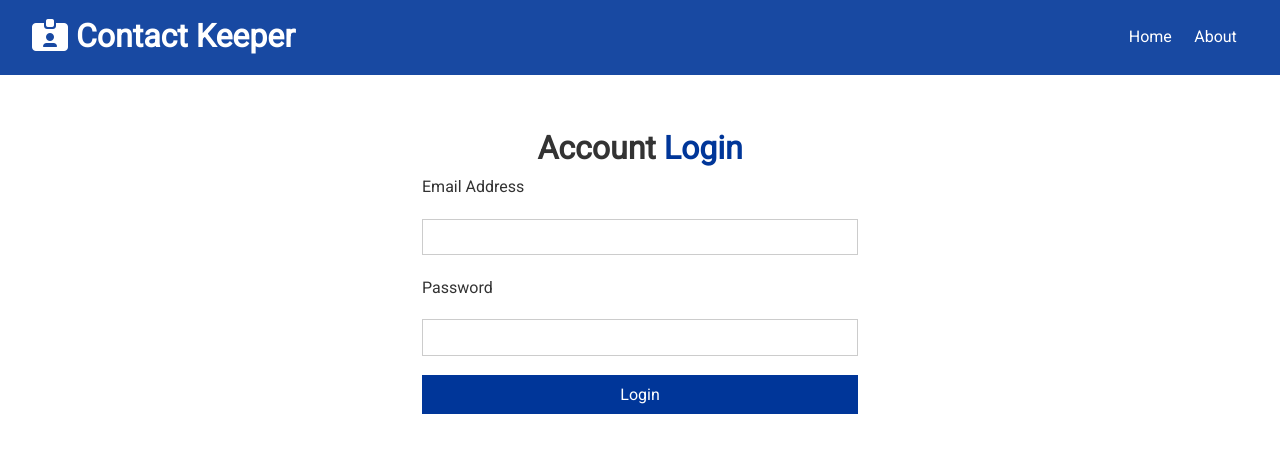
Repository: ntsangani/contact-keeper
Page: /login (app in client/)
These files come from the project's save history. The page is drawn as it stood at one moment and after the next save; the edit follows.
The browser window is 1280 px wide. The pictures show the whole page.
Some web libraries are served in a nearby version. The project was rebuilt for these pictures with package versions that can differ from the ones it lists, and the page was loaded fresh each time. A package was used in the major version that the imports need, not the one package.json lists. Also part of the build but not shown: client/src/components/contacts/ContactItem.js, client/src/components/contacts/Contacts.js, client/src/components/contacts/ContactForm.js, client/src/components/contacts/ContactFilter.js, client/src/components/layout/pages/Home.js, client/src/components/layout/pages/About.js, client/src/components/auth/Register.js.

Above is the page before, as saved 2020-06-17 17:16:55.

### client/public/index.html
<!DOCTYPE html>
<html lang="en">
  <head>
    <meta charset="utf-8" />
    <link rel="icon" href="%PUBLIC_URL%/favicon.ico" />
    <meta name="viewport" content="width=device-width, initial-scale=1" />
    <meta name="theme-color" content="#000000" />
    <meta
      name="description"
      content="Web site created using create-react-app"
    />
    <link rel="apple-touch-icon" href="%PUBLIC_URL%/logo192.png" />

    <link rel="manifest" href="%PUBLIC_URL%/manifest.json" />
    <script
      src="https://kit.fontawesome.com/2474695be0.js"
      crossorigin="anonymous"
    ></script>
    <title>ContactKeeper | Keep track of your contacts</title>
  </head>
  <body>
    <noscript>You need to enable JavaScript to run this app.</noscript>
    <div id="root"></div>
  </body>
</html>

### client/src/App.js
import React, { Fragment } from "react";
import { BrowserRouter as Router, Route, Switch } from "react-router-dom";
import Navbar from "./components/layout/Navbar";
import Home from "./components/layout/pages/Home";
import About from "./components/layout/pages/About";
import Register from "./components/auth/Register";
import Login from "./components/auth/Login";

import ContactState from "./context/contact/ContactState";
import AuthState from "./context/auth/AuthState";

import "./App.css";

const App = () => {
  return (
    <AuthState>
      <ContactState>
        <Router>
          <Fragment>
            <Navbar />
            <div className="container">
              <Switch>
                <Route exact path="/" component={Home} />
                <Route exact path="/about" component={About} />
                <Route exact path="/register" component={Register} />
                <Route exact path="/login" component={Login} />
              </Switch>
            </div>
          </Fragment>
        </Router>
      </ContactState>
    </AuthState>
  );
};

export default App;

### client/src/components/layout/Navbar.js
import React from "react";
import PropTypes from "prop-types";
import { Link } from "react-router-dom";

const Navbar = ({ title, icon }) => {
  return (
    <div className="navbar bg-primary">
      <h1>
        <i className={icon} /> {title}
      </h1>
      <ul>
        <li>
          <Link to="/">Home</Link>
        </li>
        <li>
          <Link to="/about">About</Link>
        </li>
      </ul>
    </div>
  );
};

Navbar.propTypes = {
  title: PropTypes.string.isRequired,
  icon: PropTypes.string,
};

Navbar.defaultProps = {
  title: "Contact Keeper",
  icon: "fas fa-id-card-alt",
};
export default Navbar;

### client/src/components/auth/Login.js
import React, { useState } from "react";

const Login = () => {
  const [user, setUser] = useState({
    email: "",
    password: "",
  });

  const { email, password } = user;

  const onChange = (e) => setUser({ ...user, [e.target.name]: e.target.value });

  const onSubmit = (e) => {
    e.preventDefault();
    console.log("Login submit");
  };

  return (
    <div className="form-container">
      <h1>
        Account <span className="text-primary">Login</span>
      </h1>
      <form onSubmit={onSubmit}>
        <div action="form-group">
          <label htmlFor="email">Email Address</label>
          <input type="email" name="email" value={email} onChange={onChange} />
        </div>
        <div action="form-group">
          <label htmlFor="password">Password</label>
          <input
            type="password"
            name="password"
            value={password}
            onChange={onChange}
          />
        </div>
        <input
          type="submit"
          value="Login"
          className="btn btn-primary btn-block"
        />
      </form>
    </div>
  );
};

export default Login;

### client/src/context/contact/ContactState.js
import React, { useReducer } from "react";
import { v4 as uuidv4 } from "uuid";
import ContactContext from "./contactContext";
import contactReducer from "./contactReducer";
import {
  ADD_CONTACT,
  DELETE_CONTACT,
  SET_CURRENT,
  CLEAR_CURRENT,
  UPDATE_CONTACT,
  FILTER_CONTACT,
  CLEAR_FILTER,
} from "../types";

const ContactState = (props) => {
  const initialState = {
    contacts: [
      {
        id: 1,
        name: "Jill Johnson",
        email: "jill@gmail.com",
        phone: "111-111-1111",
        type: "personal",
      },
      {
        id: 2,
        name: "Sara Watson",
        email: "sara@gmail.com",
        phone: "222-222-2222",
        type: "personal",
      },
      {
        id: 3,
        name: "Harry White",
        email: "harry@gmail.com",
        phone: "333-333-3333",
        type: "professional",
      },
    ],
    current: null,
    filtered: null,
  };

  const [state, dispatch] = useReducer(contactReducer, initialState);

  //Add Contact
  const addContact = (contact) => {
    contact.id = uuidv4();
    dispatch({ type: ADD_CONTACT, payload: contact });
  };

  //Delete Contact
  const deleteContact = (id) => {
    dispatch({ type: DELETE_CONTACT, payload: id });
  };

  //Set Current Contact
  const setCurrent = (contact) => {
    dispatch({ type: SET_CURRENT, payload: contact });
  };
  //Clear Current Contact
  const clearCurrent = () => {
    dispatch({ type: CLEAR_CURRENT });
  };
  //Update Contact
  const updateContact = (contact) => {
    dispatch({ type: UPDATE_CONTACT, payload: contact });
  };
  //Filter Contacts
  const filterContact = (text) => {
    dispatch({ type: FILTER_CONTACT, payload: text });
  };
  //Clear Filter
  const clearFilter = () => {
    dispatch({ type: CLEAR_FILTER });
  };
  return (
    <ContactContext.Provider
      value={{
        contacts: state.contacts,
        current: state.current,
        filtered: state.filtered,
        addContact,
        deleteContact,
        setCurrent,
        clearCurrent,
        updateContact,
        filterContact,
        clearFilter,
      }}
    >
      {props.children}
    </ContactContext.Provider>
  );
};

export default ContactState;

### client/src/context/auth/AuthState.js
import React, { useReducer } from "react";
import AuthContext from "./authContext";
import authReducer from "./authReducer";
import {
  REGISTER_SUCCESS,
  REGISTER_FAIL,
  USER_LOADED,
  AUTH_ERROR,
  LOGIN_SUCCESS,
  LOGIN_FAIL,
  LOGOUT,
  CLEAR_ERRORS,
} from "../types";

const AuthState = (props) => {
  const initialState = {
    token: localStorage.getItem("token"),
    isAuthenticated: null,
    loading: true,
    user: null,
    error: null,
  };

  const [state, dispatch] = useReducer(authReducer, initialState);

  //Load User

  //Redister User

  //Login User

  //Logout

  //Clear Errors

  return (
    <AuthContext.Provider
      value={{
        token: state.token,
        isAuthenticated: state.isAuthenticated,
        loading: state.loading,
        user: state.user,
        error: state.error,
      }}
    >
      {props.children}
    </AuthContext.Provider>
  );
};

export default AuthState;

### client/src/App.css
@import url("https://fonts.googleapis.com/css?family=Roboto");

/* Global Styles */
:root {
  --primary-color: #003699;
  --dark-color: #333333;
  --light-color: #f4f4f4;
  --danger-color: #dc3545;
  --success-color: #28a745;
}

* {
  box-sizing: border-box;
  margin: 0;
  padding: 0;
}

body {
  font-family: "Roboto", sans-serif;
  font-size: 1rem;
  line-height: 1.6;
  background-color: #fff;
  color: #333;
}

a {
  color: var(--primary-color);
  text-decoration: none;
}

a:hover {
  color: #666;
}

ul {
  list-style: none;
}

img {
  width: 100%;
}

/* Utilities */
.container {
  max-width: 1100px;
  margin: auto;
  overflow: hidden;
  padding: 0 2rem;
}

/* Text Styles*/
.x-large {
  font-size: 4rem;
  line-height: 1.2;
  margin-bottom: 1rem;
}

.large {
  font-size: 3rem;
  line-height: 1.2;
  margin-bottom: 1rem;
}

.lead {
  font-size: 1.5rem;
  margin-bottom: 1rem;
}

.text-center {
  text-align: center;
}

.text-primary {
  color: var(--primary-color);
}

.text-dark {
  color: var(--dark-color);
}

.text-center {
  text-align: center;
}

.text-right {
  text-align: right;
}

.text-left {
  text-align: left;
}

/* Cards */
.card {
  padding: 1rem;
  border: #ccc 1px dotted;
  margin: 0.7rem 0;
}

/* List */
.list {
  margin: 0.5rem 0;
}

.list li {
  padding-bottom: 0.3rem;
}

/* Padding */
.p {
  padding: 0.5rem;
}
.p-1 {
  padding: 1rem;
}
.p-2 {
  padding: 2rem;
}
.p-3 {
  padding: 3rem;
}
.py {
  padding: 0.5rem 0;
}
.py-1 {
  padding: 1rem 0;
}
.py-2 {
  padding: 2rem 0;
}
.py-3 {
  padding: 3rem 0;
}

/* Margin */
.m {
  margin: 0.5rem;
}
.m-1 {
  margin: 1rem;
}
.m-2 {
  margin: 2rem;
}
.m-3 {
  margin: 3rem;
}
.my {
  margin: 0.5rem 0;
}
.my-1 {
  margin: 1rem 0;
}
.my-2 {
  margin: 2rem 0;
}
.my-3 {
  margin: 3rem 0;
}

/* Grid */
.grid-2 {
  display: grid;
  grid-template-columns: repeat(2, 1fr);
  grid-gap: 2rem;
}

.grid-3 {
  display: grid;
  grid-template-columns: repeat(3, 1fr);
  grid-gap: 1rem;
}

.grid-4 {
  display: grid;
  grid-template-columns: repeat(4, 1fr);
  grid-gap: 2rem;
}

.grid-2-3 {
  display: grid;
  grid-template-columns: 2fr 3fr;
  grid-gap: 2rem;
}

.btn {
  display: inline-block;
  background: var(--light-color);
  color: #333;
  padding: 0.4rem 1.3rem;
  font-size: 1rem;
  border: none;
  cursor: pointer;
  margin-right: 0.5rem;
  transition: opacity 0.2s ease-in;
  outline: none;
}

.btn-link {
  background: none;
  padding: 0;
  margin: 0;
}

.btn-block {
  display: block;
  width: 100%;
}

.btn-sm {
  font-size: 0.8rem;
  padding: 0.3rem 1rem;
  margin-right: 0.2rem;
}

.badge {
  font-size: 0.8rem;
  padding: 0.2rem 0.7rem;
  text-align: center;
  margin: 0.3rem;
  background: var(--light-color);
  color: #333;
  border-radius: 5px;
}

.alert {
  padding: 0.7rem;
  margin: 1rem 0;
  opacity: 0.9;
  background: var(--light-color);
  color: #333;
}

.btn-primary,
.bg-primary,
.badge-primary,
.alert-primary {
  background: var(--primary-color);
  color: #fff;
}

.btn-light,
.bg-light,
.badge-light,
.alert-light {
  background: var(--light-color);
  color: #333;
}

.btn-dark,
.bg-dark,
.badge-dark,
.alert-dark {
  background: var(--dark-color);
  color: #fff;
}

.btn-danger,
.bg-danger,
.badge-danger,
.alert-danger {
  background: var(--danger-color);
  color: #fff;
}

.btn-success,
.bg-success,
.badge-success,
.alert-success {
  background: var(--success-color);
  color: #fff;
}

.btn-white,
.bg-white,
.badge-white,
.alert-white {
  background: #fff;
  color: #333;
  border: #ccc solid 1px;
}

.btn:hover {
  opacity: 0.8;
}

.bg-light,
.badge-light {
  border: #ccc solid 1px;
}

.round-img {
  border-radius: 50%;
}

/* Forms */
input {
  margin: 1.2rem 0;
}

.form-text {
  display: block;
  margin-top: 0.3rem;
  color: #888;
}

input[type="text"],
input[type="email"],
input[type="password"],
input[type="date"],
select,
textarea {
  display: block;
  width: 100%;
  padding: 0.4rem;
  font-size: 1.2rem;
  border: 1px solid #ccc;
}

input[type="submit"],
button {
  font: inherit;
}

.form-group {
  margin: 1.2rem 0;
}

.form-group input {
  margin: 0.2rem 0;
}

.form-container {
  max-width: 500px;
  margin: 2rem auto;
  overflow: hidden;
  padding: 0 2rem;
}

.form-container h1,
h2,
h3 {
  text-align: center;
}

table th,
table td {
  padding: 1rem;
  text-align: left;
}

table th {
  background: var(--light-color);
}

/* Navbar */
.navbar {
  display: flex;
  justify-content: space-between;
  align-items: center;
  padding: 0.7rem 2rem;
  z-index: 1;
  width: 100%;
  border-bottom: solid 1px var(--primary-color);
  opacity: 0.9;
  margin-bottom: 1rem;
}

.navbar ul {
  display: flex;
}

.navbar a {
  color: #fff;
  padding: 0.45rem;
  margin: 0 0.25rem;
}

.navbar a:hover {
  color: var(--light-color);
}

.navbar .welcome span {
  margin-right: 0.6rem;
}

/* Animation (Add After) */

.item-enter {
  opacity: 0;
}
.item-enter-active {
  opacity: 1;
  transition: opacity 1000ms ease-in;
}
.item-exit {
  opacity: 1;
}
.item-exit-active {
  opacity: 0;
  transition: opacity 1000ms ease-in;
}

/* Mobile Styles */
@media (max-width: 700px) {
  .hide-sm {
    display: none;
  }

  .grid-2,
  .grid-3,
  .grid-4 {
    grid-template-columns: 1fr;
  }

  /* Text Styles */
  .x-large {
    font-size: 3rem;
  }

  .large {
    font-size: 2rem;
  }

  .lead {
    font-size: 1rem;
  }

  /* Navbar */
  .navbar {
    display: block;
    text-align: center;
  }

  .navbar h1 {
    margin-bottom: 0.6rem;
  }

  .navbar ul {
    text-align: center;
    justify-content: center;
  }
}

### client/src/context/contact/contactReducer.js
import {
  ADD_CONTACT,
  DELETE_CONTACT,
  SET_CURRENT,
  CLEAR_CURRENT,
  UPDATE_CONTACT,
  FILTER_CONTACT,
  CLEAR_FILTER,
} from "../types";

export default (state, action) => {
  switch (action.type) {
    case ADD_CONTACT:
      return {
        ...state,
        contacts: [...state.contacts, action.payload],
      };
    case UPDATE_CONTACT:
      return {
        ...state,
        contacts: state.contacts.map((contact) =>
          contact.id === action.payload.id ? action.payload : contact
        ),
      };
    case DELETE_CONTACT:
      return {
        ...state,
        contacts: state.contacts.filter(
          (contact) => contact.id !== action.payload
        ),
      };
    case SET_CURRENT:
      return {
        ...state,
        current: action.payload,
      };
    case CLEAR_CURRENT:
      return {
        ...state,
        current: null,
      };
    case FILTER_CONTACT:
      return {
        ...state,
        filtered: state.contacts.filter((contact) => {
          const regex = new RegExp(`${action.payload}`, "gi");
          return contact.name.match(regex) || contact.email.match(regex);
        }),
      };
    case CLEAR_FILTER:
      return {
        ...state,
        filtered: null,
      };
    default:
      return state;
  }
};

### client/src/context/types.js
export const ADD_CONTACT = "ADD_CONTACT";
export const DELETE_CONTACT = "DELETE_CONTACT";
export const SET_CURRENT = "SET_CURRENT";
export const CLEAR_CURRENT = "CLEAR_CURRENT";
export const UPDATE_CONTACT = "UPDATE_CONTACT";
export const FILTER_CONTACT = "FILTER_CONTACT";
export const CLEAR_FILTER = "CLEAR_FILTER";
export const SET_ALERT = "SET_ALERT";
export const REMOVE_ALERT = "REMOVE_ALERT";
export const REGISTER_SUCCESS = "REGISTER_SUCCESS";
export const REGISTER_FAIL = "REGISTER_FAIL";
export const USER_LOADED = "USER_LOADED";
export const AUTH_ERROR = "AUTH_ERROR";
export const LOGIN_SUCCESS = "LOGIN_SUCCESS";
export const LOGIN_FAIL = "LOGIN_FAIL";
export const LOGOUT = "LOGOUT";
export const CLEAR_ERRORS = "CLEAR_ERRORS";

### client/src/context/auth/authReducer.js
import {
  REGISTER_SUCCESS,
  REGISTER_FAIL,
  USER_LOADED,
  AUTH_ERROR,
  LOGIN_SUCCESS,
  LOGIN_FAIL,
  LOGOUT,
  CLEAR_ERRORS,
} from "../types";

export default (state, action) => {
  switch (action.type) {
    case USER_LOADED:
      return {
        ...state,
        isAuthenticated: true,
        loading: false,
        user: action.payload,
      };

    case REGISTER_SUCCESS:
    case LOGIN_SUCCESS:
      localStorage.setItem("token", action.payload.token);
      return {
        ...state,
        ...action.payload,
        isAuthenticated: true,
        loading: false,
      };
    case REGISTER_FAIL:
    case AUTH_ERROR:
    case LOGIN_FAIL:
    case LOGOUT:
      localStorage.removeItem("token");
      return {
        ...state,
        token: null,
        isAuthenticated: false,
        loading: false,
        user: null,
        error: action.payload,
      };
    case CLEAR_ERRORS:
      return {
        ...state,
        error: null,
      };
    default:
      return state;
  }
};

Loaded but not shown: client/src/index.js (common file); client/src/context/contact/contactContext.js (common file); client/src/context/auth/authContext.js (common file)

After the next save:
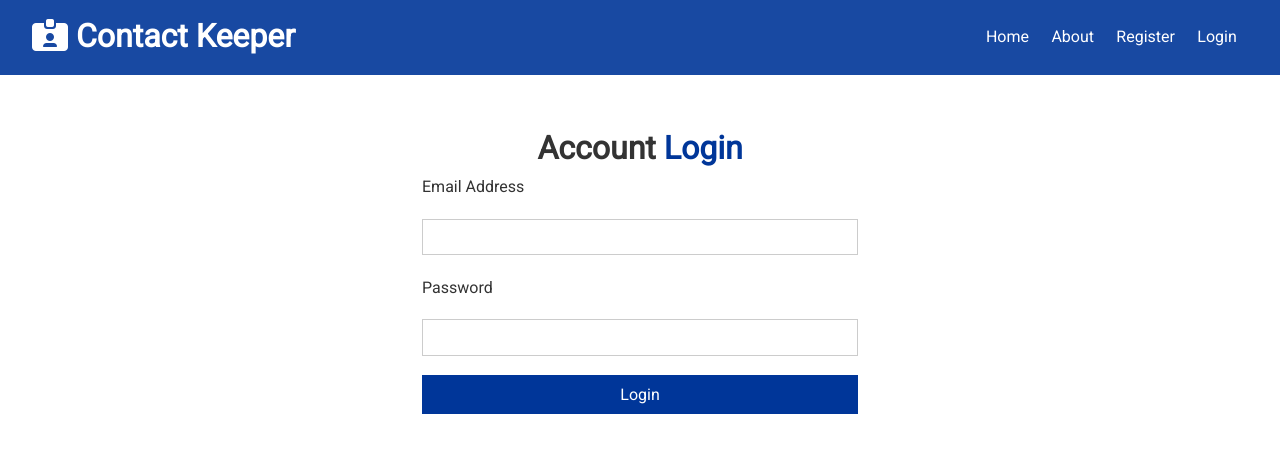
Saved 78 s later.
--- a/client/src/components/layout/Navbar.js
+++ b/client/src/components/layout/Navbar.js
@@ -15,6 +15,12 @@ const Navbar = ({ title, icon }) => {
         <li>
           <Link to="/about">About</Link>
         </li>
+        <li>
+          <Link to="/register">Register</Link>
+        </li>
+        <li>
+          <Link to="/login">Login</Link>
+        </li>
       </ul>
     </div>
   );
